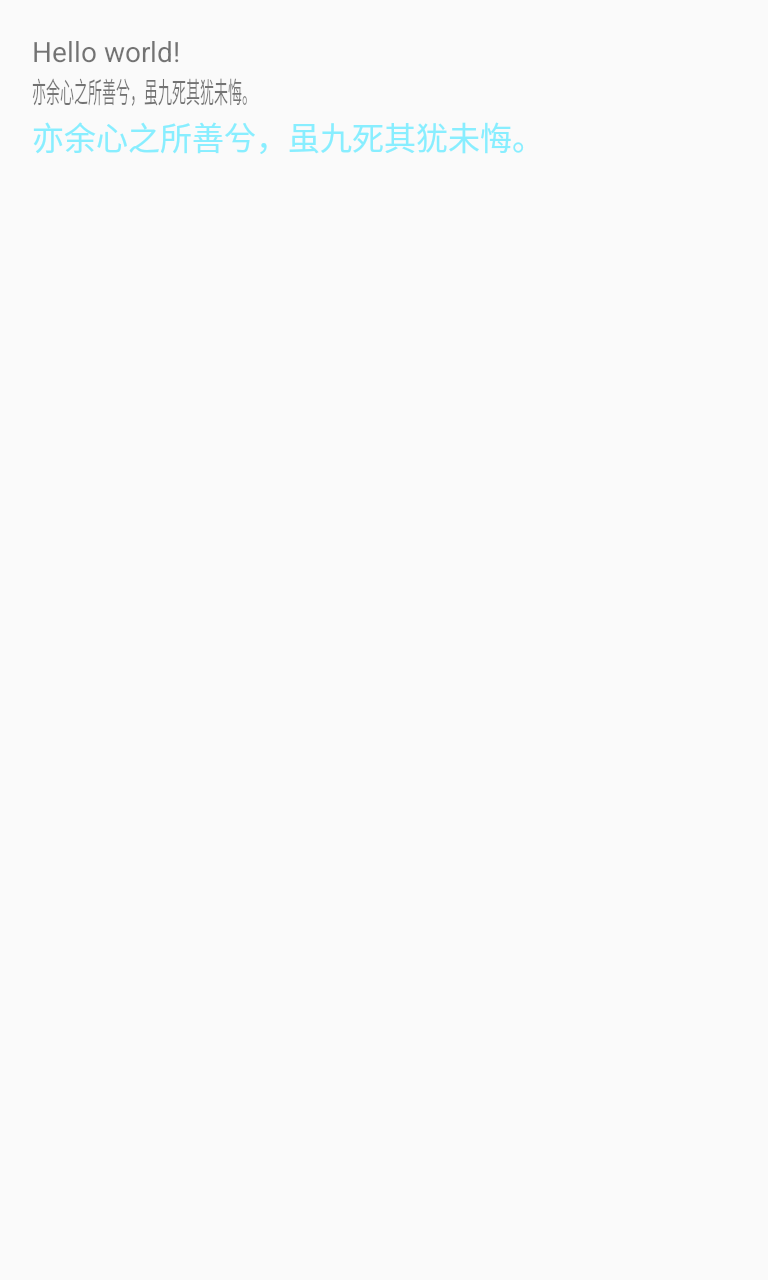
Repository: duhei/cici
Layout: GitHubFrist/res/layout/activity_main.xml
The author's editor kept a copy of each file at every save. The layout is drawn from the files as they stood at one save, then again after the next save.
It is drawn on a 768 x 1280 px phone screen (xhdpi) without system bars, with theme AppTheme; the app's code is not run.

Above is the layout before, as saved 2015-07-10 07:32:10.

After the next save:
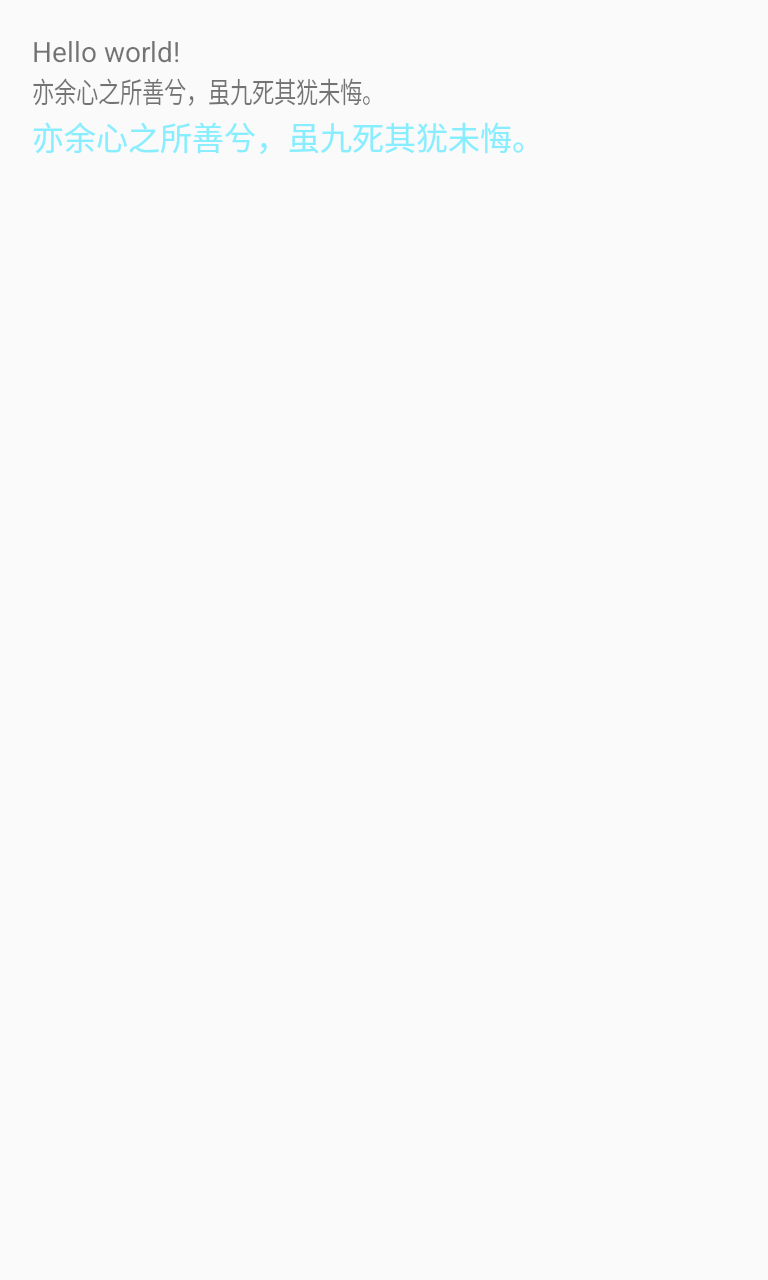
Saved 18 s later.
--- a/GitHubFrist/res/layout/activity_main.xml
+++ b/GitHubFrist/res/layout/activity_main.xml
@@ -18,7 +18,7 @@
     <TextView
         style="@style/warp_content"
         android:text="@string/lisao"
-        android:textScaleX="0.5f"
+        android:textScaleX="0.8f"
         />
 
     <TextView
